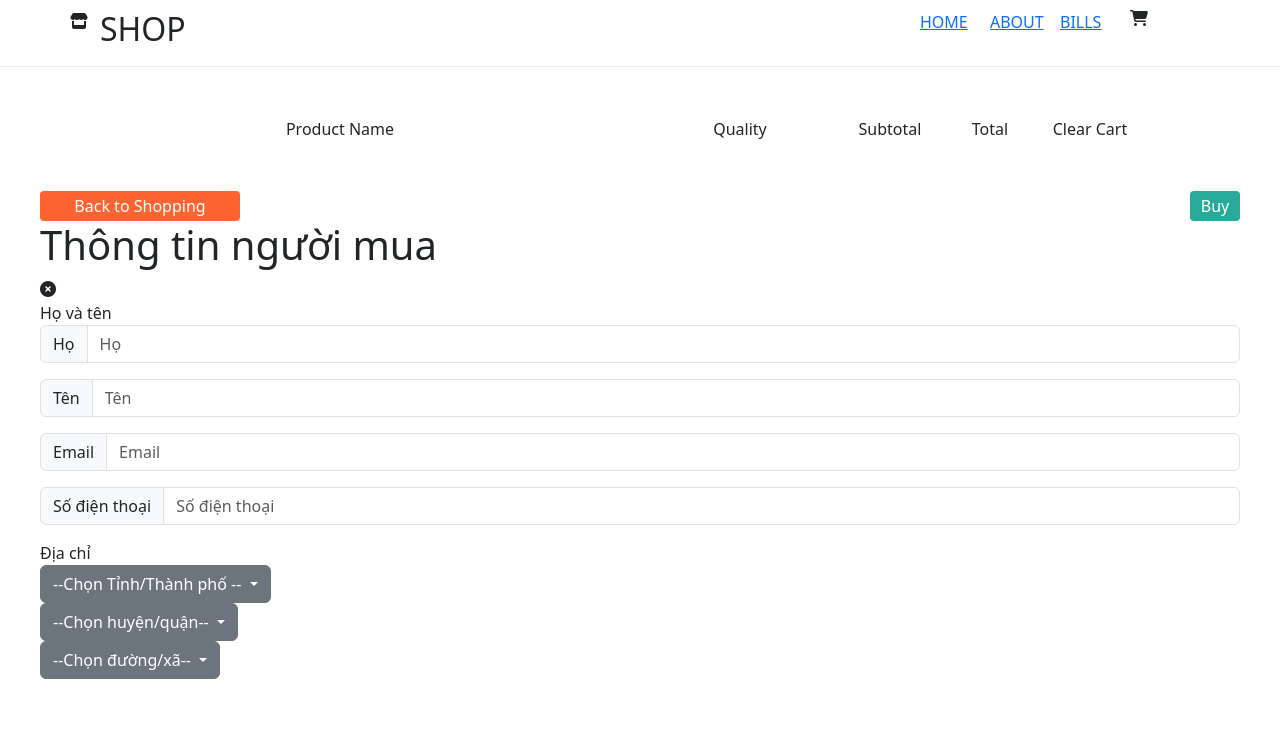
Repository: nguyenhaidang212/danh-sach-ban-hang
Page: index.html
The author's editor kept a copy of each file at every save. The page is drawn from the files as they stood at one save, then again after the next save.
The browser window is 1280 px wide. The pictures show the whole page.
Some web libraries are served in a nearby version.

Above is the page before, as saved 2023-02-10 14:41:13.

After the next save:
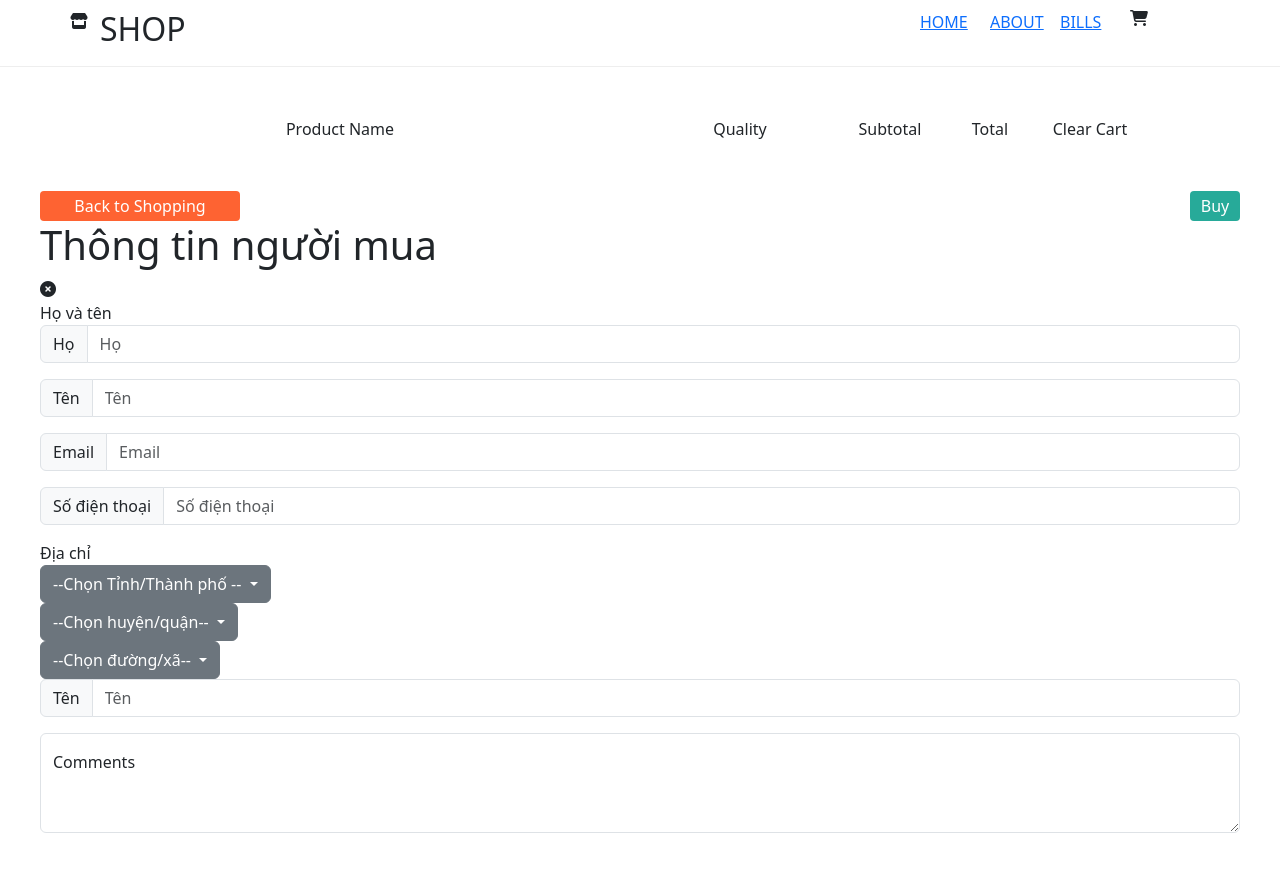
Saved 2 min 7 s later.
--- a/index.html
+++ b/index.html
@@ -168,6 +168,25 @@
                 </li>
               </ul>
             </div>
+            <div class="input-group mb-3">
+              <span class="input-group-text" id="basic-addon1">Tên</span>
+              <input
+                type="text"
+                class="form-control"
+                placeholder="Tên"
+                aria-label="Username"
+                aria-describedby="basic-addon1"
+              />
+            </div>
+            <div class="form-floating">
+              <textarea
+                class="form-control"
+                placeholder="Leave a comment here"
+                id="floatingTextarea2"
+                style="height: 100px"
+              ></textarea>
+              <label for="floatingTextarea2">Comments</label>
+            </div>
           </div>
         </div>
       </div>
